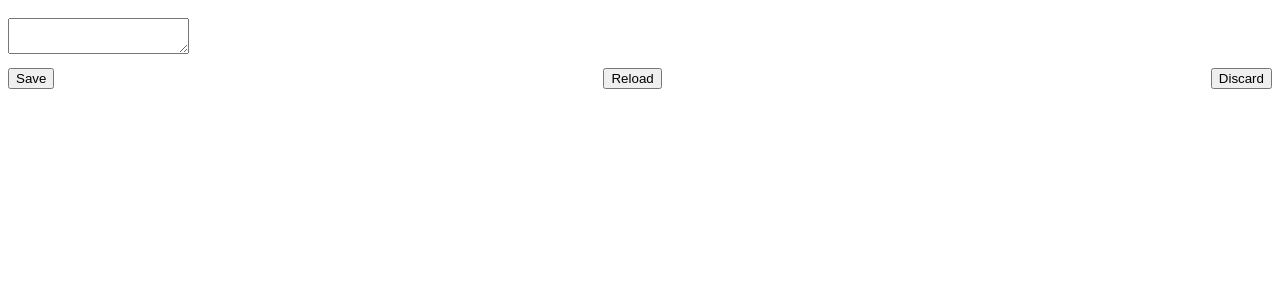
Repository: officialErnests/cssLoader
Page: popup.html
An editor plug-in stored every save of this project. The page is shown before and after the next save, followed by the edit.
The browser window is 1280 px wide. The pictures show the whole page.

Above is the page before, as saved 2026-06-19 13:21:02.
Console error: TypeError: Cannot read properties of null (reading 'addEventListener')

After the next save:
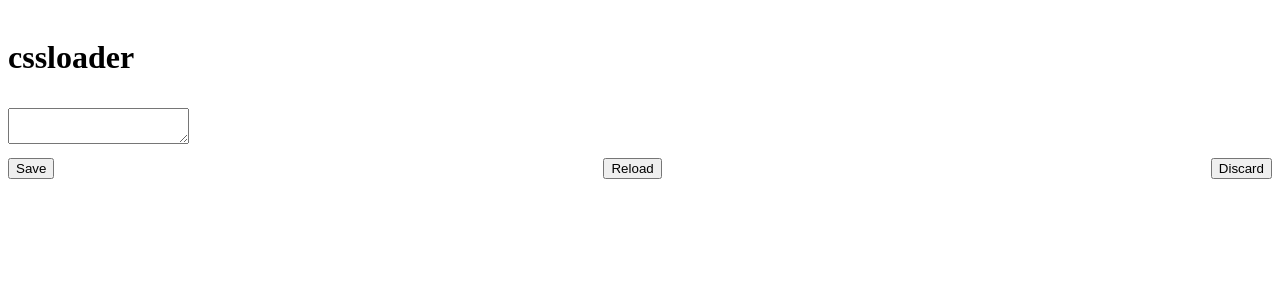
Saved 56 s later.
--- a/popup.html
+++ b/popup.html
@@ -5,6 +5,7 @@
     </header>
     <body>
         <script src="popup.js"></script>
+        <h1>cssloader</h1>
         <div>
             <textarea name="css" id="css"></textarea>
         </div>
